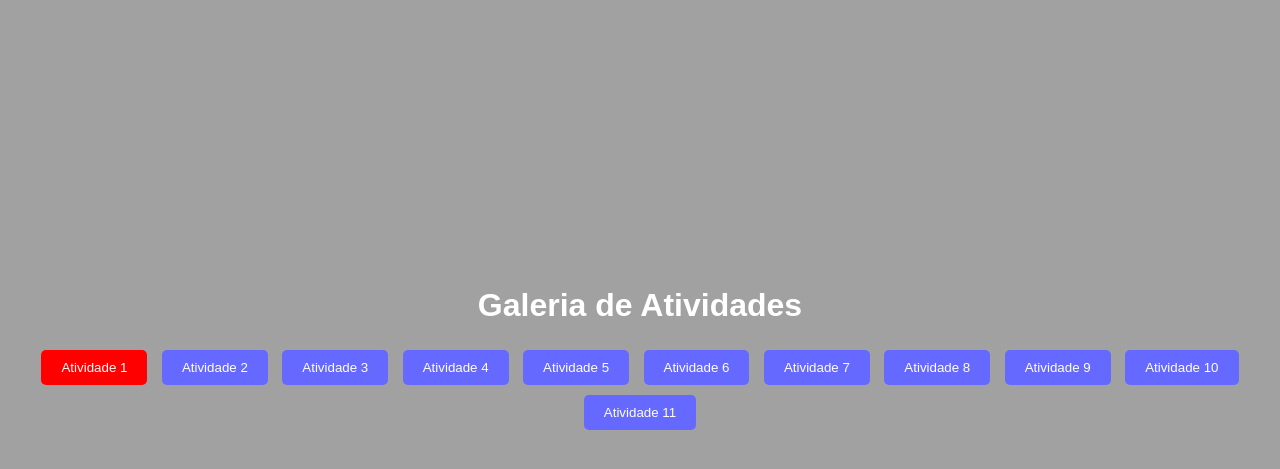
Repository: Gabrielb0rn/JavaScript-HTML.io
Page: index.html
These files come from the project's save history. The page is drawn as it stood at one moment and after the next save; the edit follows.
The browser window is 1280 px wide. The pictures show the whole page.
The pointer rests on the first visible `button`.

Above is the page before, as saved 2024-07-04 11:37:00.

After the next save:
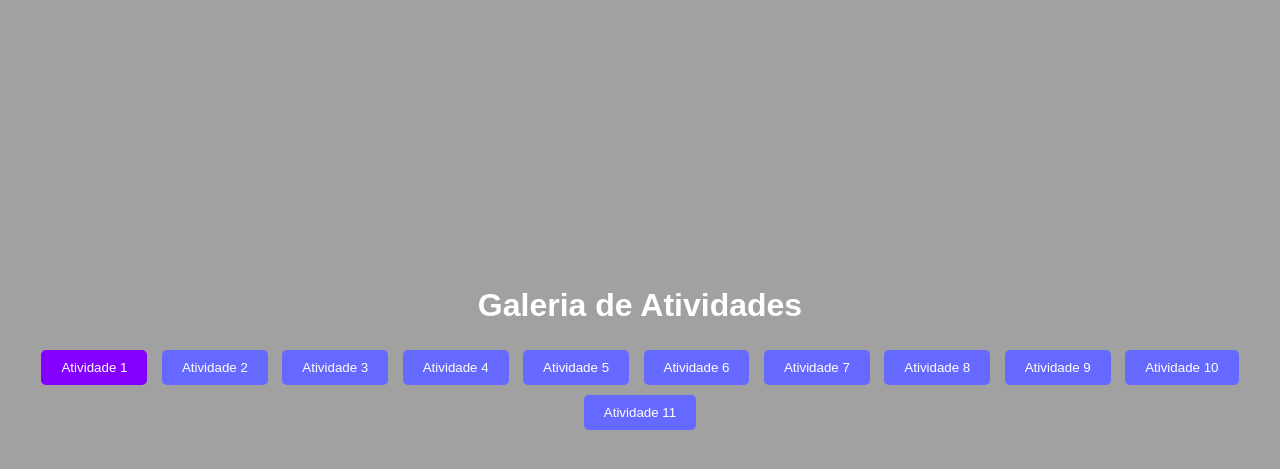
Saved 6 s later.
--- a/assets/style.css
+++ b/assets/style.css
@@ -28,5 +28,5 @@
 }
 
 button:hover {
-    background-color: #ff0000;
+    background-color: #8400ff;
 }
